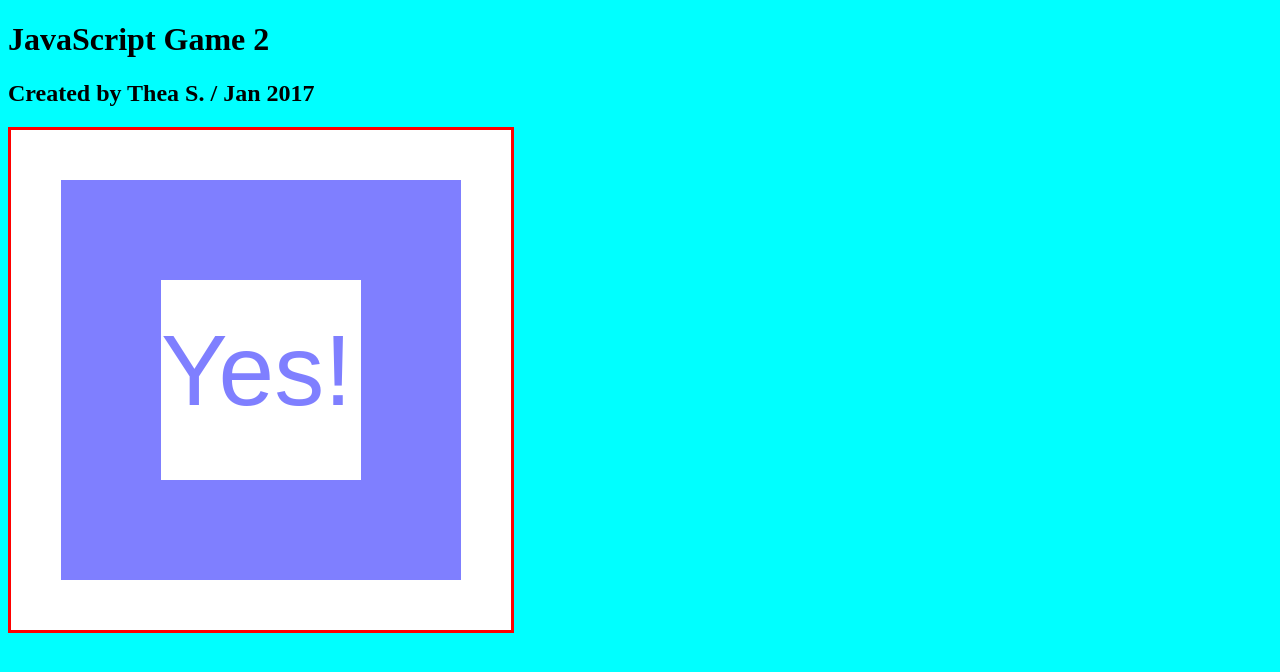
Repository: m-rabbit/b1_sukianto_code
Page: websites/JS_Game_02/index.html
The author's editor kept a copy of each file at every save. The page is drawn from the files as they stood at one save, then again after the next save.
The browser window is 1280 px wide. The pictures show the whole page.

Above is the page before, as saved 2017-01-26 15:54:35.

After the next save:
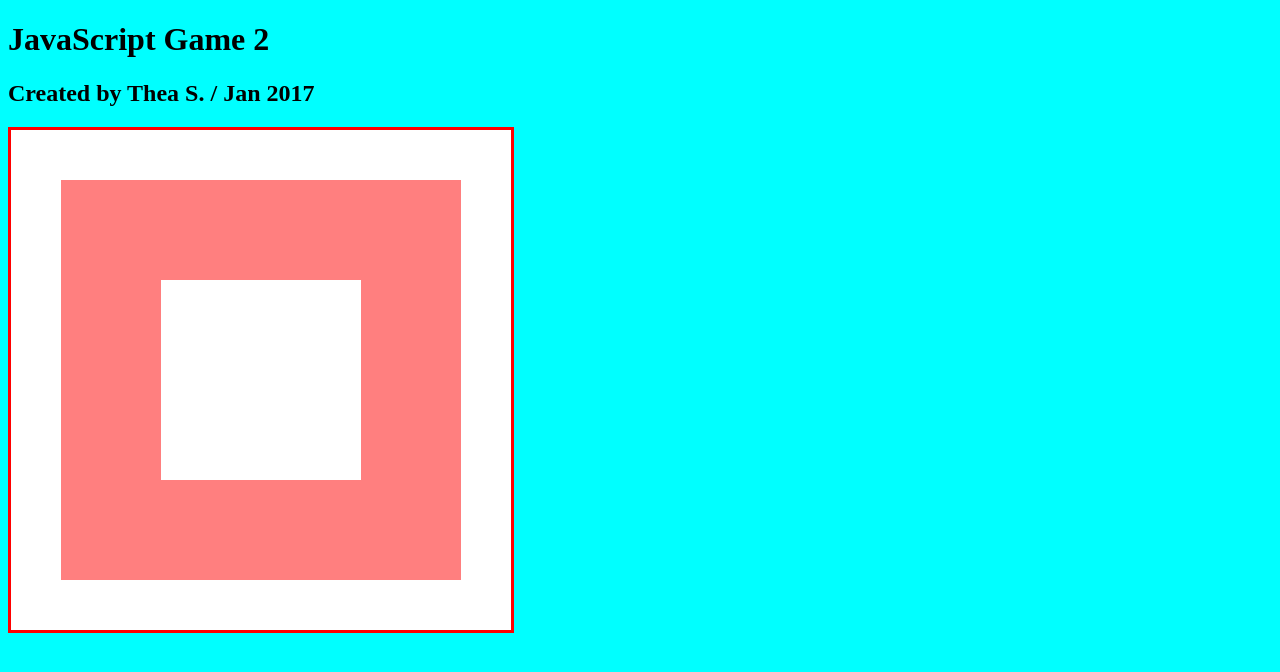
Saved 26 s later.
--- a/websites/JS_Game_02/js/gametwo.js
+++ b/websites/JS_Game_02/js/gametwo.js
@@ -4,7 +4,7 @@
 ctx.fillStyle = '#0000FF';
 ctx.globalAlpha = 0.5;
 
+ctx.fillText('Yes!', 150, 275);
+ctx.fillStyle = '#FF0000';
 ctx.fillRect(50, 50, 400, 400);
 ctx.clearRect(150, 150, 200, 200);
-ctx.fillText('Yes!', 150, 275);
-ctx.fillStyle = '#FF0000';

After the save that followed:
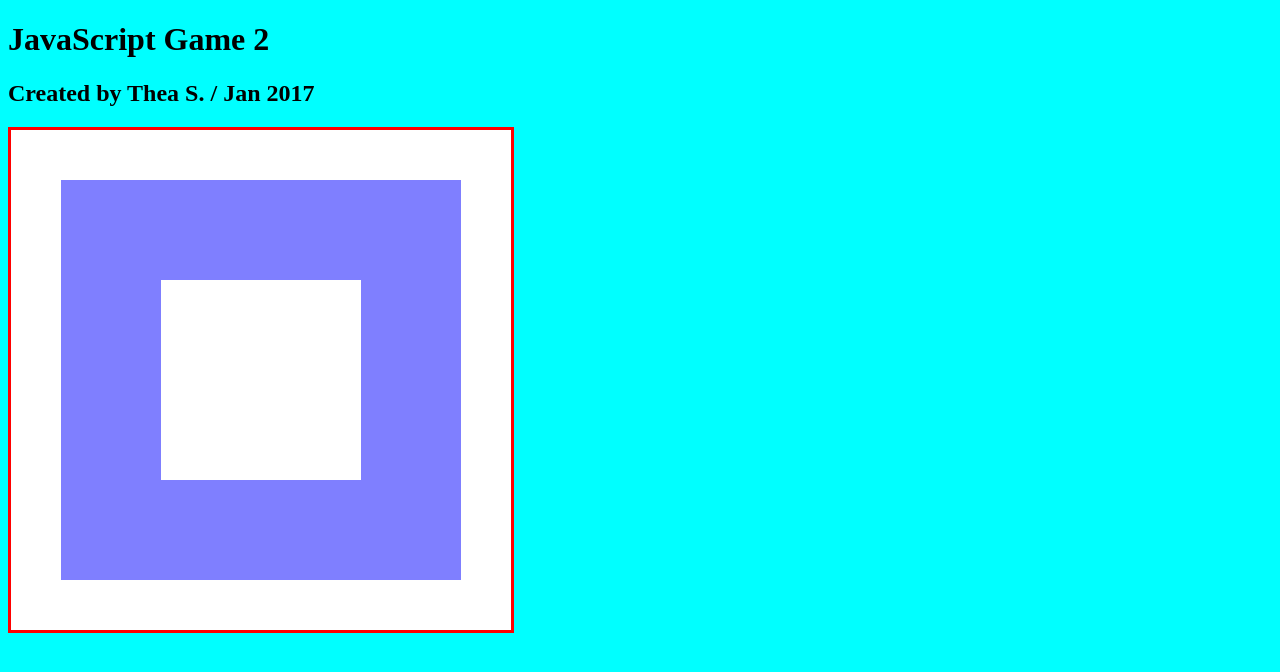
Saved 22 s later.
--- a/websites/JS_Game_02/js/gametwo.js
+++ b/websites/JS_Game_02/js/gametwo.js
@@ -5,6 +5,6 @@
 ctx.globalAlpha = 0.5;
 
 ctx.fillText('Yes!', 150, 275);
+ctx.fillRect(50, 50, 400, 400);
 ctx.fillStyle = '#FF0000';
-ctx.fillRect(50, 50, 400, 400);
 ctx.clearRect(150, 150, 200, 200);
